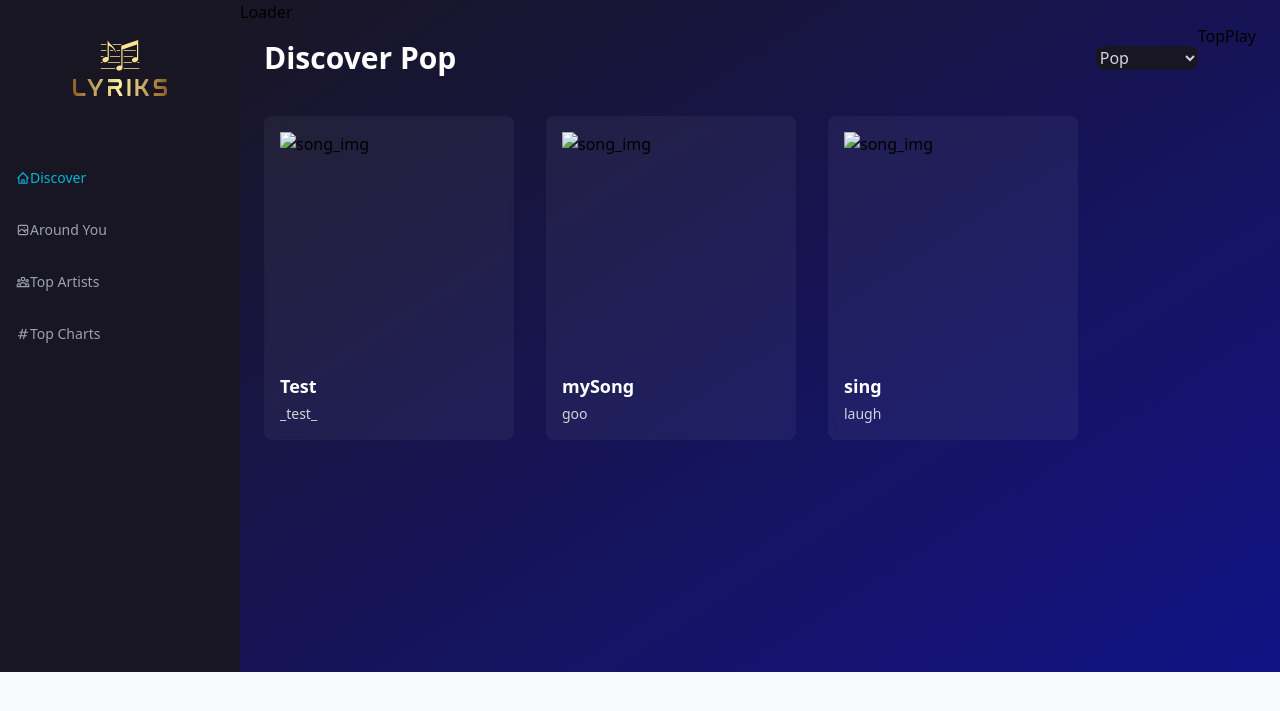
Repository: Chris24T/Dotify
Page: /
These files come from the project's save history. The page is drawn as it stood at one moment and after the next save; the edit follows.
The browser window is 1280 px wide. The pictures show the whole page.
The project was rebuilt for these pictures with package versions that can differ from the ones it lists, and the page was loaded fresh each time. Also part of the build but not shown: vite.config.js, src/components/ArtistCard.jsx, src/components/DetailsHeader.jsx, src/components/SongBar.jsx, src/components/RelatedSongs.jsx, src/components/MusicPlayer/Controls.jsx, src/components/MusicPlayer/Player.jsx, src/components/MusicPlayer/Seekbar.jsx and 11 more.

Above is the page before, as saved 2022-12-04 20:01:30.

After the next save:
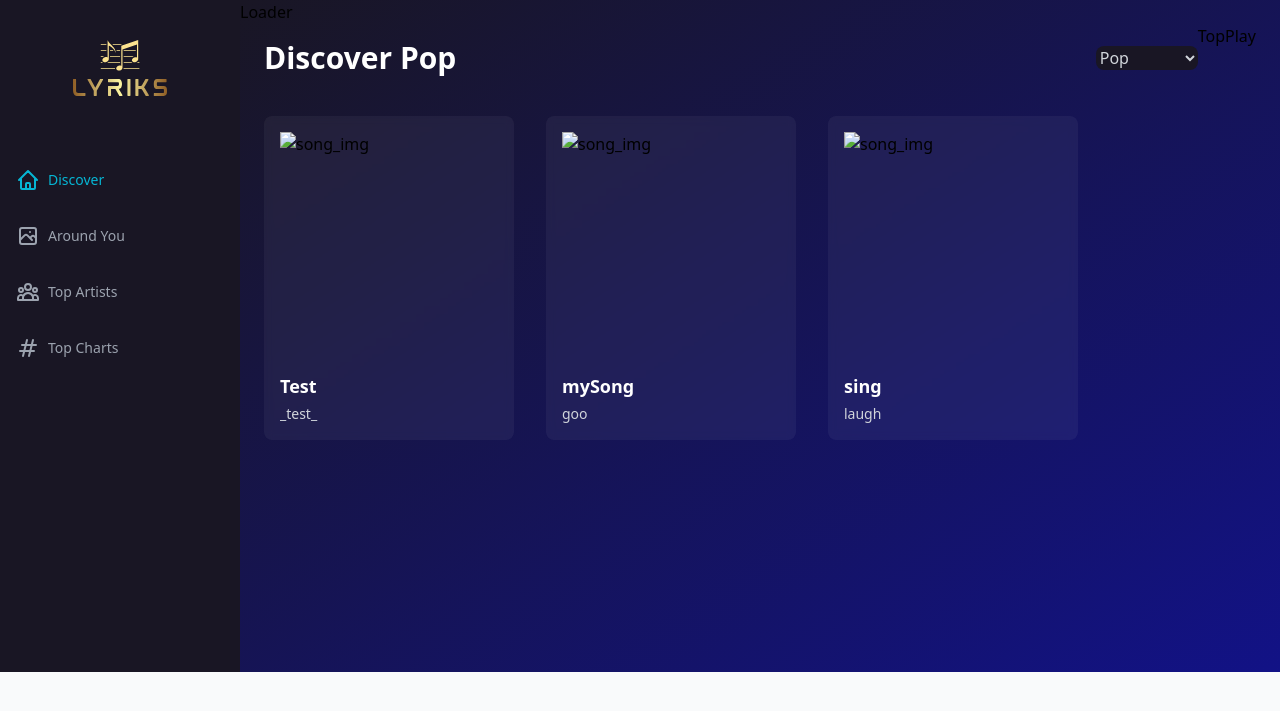
Saved 32 s later.
--- a/src/components/Sidebar.jsx
+++ b/src/components/Sidebar.jsx
@@ -16,7 +16,7 @@ const NavLinks = ({ handleClick }) => (
         }
         onClick={() => handleClick && handleClick()}
       >
-        <item.icon />
+        <item.icon className="w-6 h-6 mr-2" />
         {item.name}
       </NavLink>
     ))}
